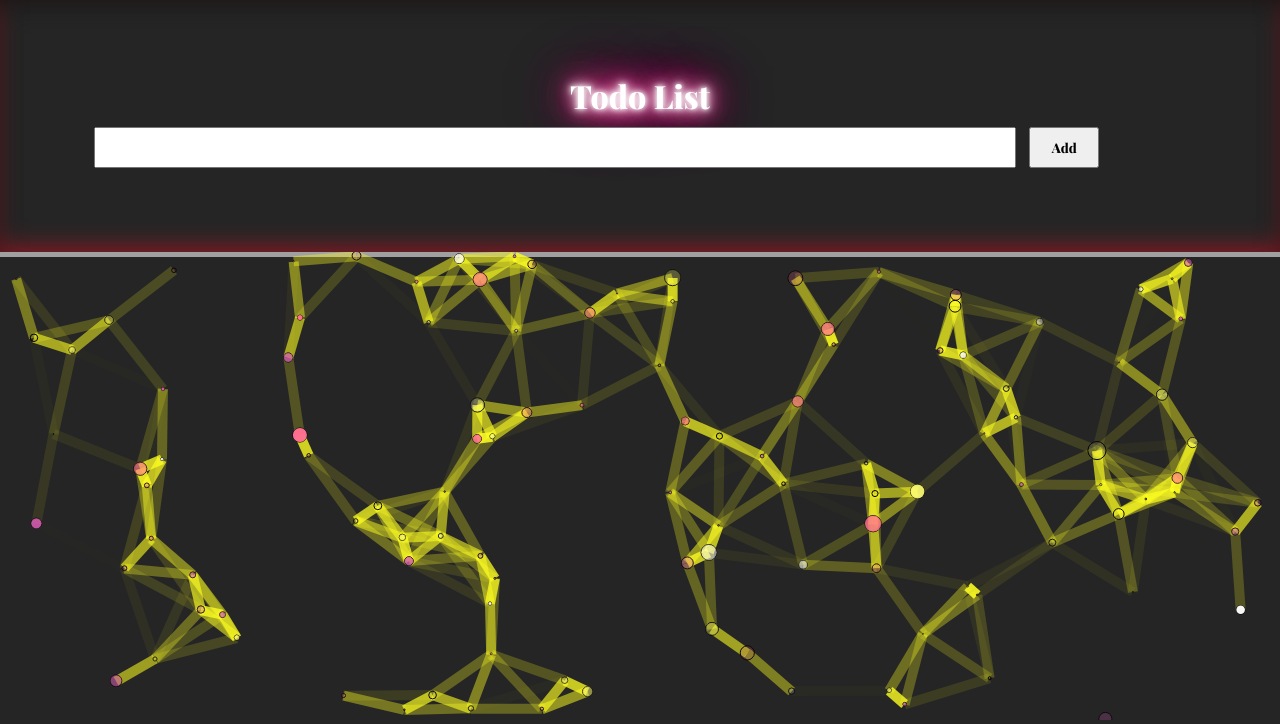
Repository: TENSAEA/----todo
Page: index.html
An editor plug-in stored every save of this project. The page is shown before and after the next save, followed by the edit.
The browser window is 1280 px wide. The pictures show the whole page.
Some web fonts or font styles are not loaded; a fallback is used.

Above is the page before, as saved 2023-10-12 22:31:51.

### index.html
<!DOCTYPE html>
<html lang="en">
  <head>
    <meta charset="UTF-8" />
    <meta name="viewport" content="width=device-width, initial-scale=1.0" />
    <title>TodoList</title>
    <link rel="stylesheet" href="style.css" />
  </head>
  <body>
    <div id="particle">
      <div class="container">
        <h1>Todo List</h1>
        <div class="header">
          <form class="form">
            <input type="text" id="add" />
            <label for="add"><button id="addBtn">Add</button></label>
          </form>
        </div>
        <div class="list-div">
          <!-- <div class="list-hide">
          <ul class="list">
            <li>
              <input class="list-text" type="text" id="edit" readonly />
              <label for="edit">
                <button class="edit">Edit</button
                ><button class="delete">Delete</button>
              </label>
            </li>
          </ul>
        </div> -->
        </div>
      </div>
    </div>
    <script src="particles.js"></script>
    <script src="https://cdn.jsdelivr.net/npm/particles.js@2.0.0/particles.min.js"></script>
    <script src="script.js"></script>
  </body>
</html>

### style.css
@import url('https://fonts.googleapis.com/css2?family=Bungee+Spice&family=Playfair+Display:wght@800&display=swap');

*{
   box-sizing:border-box;
   margin:0;
   padding:0;
   font-family: 'Bungee Spice', sans-serif;
font-family: 'Playfair Display', serif;}
body{
    background-color: #252525;
}

#particle{
    position: absolute;
      top: 0;
      left: 0;
      width: 100%;
      height: 65%;
      z-index: 2;

}

.container{
    -webkit-box-shadow: 0px 0px 0px 5px #A0A0A0, inset 0px 10px 27px -8px #141414, inset 0px -10px 27px -8px #A31925, 5px 5px 15px 5px rgba(0,0,0,0);
box-shadow: 0px 0px 0px 5px #A0A0A0, inset 0px 10px 27px -8px #141414, inset 0px -10px 27px -8px #A31925, 5px 5px 15px 5px rgba(0,0,0,0);
    display: flex;
    flex-direction: column;
    padding: 5%;
}

.container h1{
    padding:10px;
    text-align:center;
    color: #FFFFFF;
text-shadow: #FFF 0px 0px 5px, #FFF 0px 0px 10px, #FFF 0px 0px 15px, #FF2D95 0px 0px 20px, #FF2D95 0px 0px 30px, #FF2D95 0px 0px 40px, #FF2D95 0px 0px 50px, #FF2D95 0px 0px 75px;
color: #FFFFFF;


}

.header{
    padding-bottom: 20px;
}

#add{
    padding: 10px;
    width:80%;
    margin-left:30px;
}
.form label button{
    padding:10px;
    width:70px;
    margin-left:10px;
    cursor: pointer;
}

.list{
    padding-bottom: 20px;
}

.list li{
    list-style-type: none;
}

.list-div .list li .list-text{
    padding: 10px;
    width:60%;
    margin-left:60px;
}
.edit,.delete{
    padding:10px;
    width:70px;
    margin-left:10px;
    cursor: pointer;
}

@media (max-width:636px){
    .form label button{
        padding:10px;
        width:70px;
        margin:3% 40%;
        cursor: pointer;
    }
    .edit,.delete{
        padding:10px;
        width:70px;
        margin:2% 38%;
        cursor: pointer;
    }
    }

### particles.js
var config = {
  particles: {
    number: {
      value: 150,

      density: {
        enable: true,
        value_area: 786,
      },
    },
    color: {
      value: ["#ffffff", "#FF6F91", "#F9F871", "#D65DB1"],
    },
    shape: {
      type: "circle",
      stroke: {
        width: 1,
        color: "#000000",
      },
      polygon: {
        nb_sides: 12,
      },
      image: {
        src: "",
        width: 100,
        height: 100,
      },
    },
    opacity: {
      value: 1,
      random: true,
      anim: {
        enable: true,
        speed: 1,
        opacity_min: 0,
        sync: false,
      },
    },
    size: {
      value: 10,
      random: true,
      anim: {
        enable: true,
        speed: 3,
        size_min: 0.3,
        sync: false,
      },
    },
    line_linked: {
      enable: true,
      distance: 100,
      color: "#ff2",
      opacity: 1,
      width: 10,
    },
    move: {
      enable: true,
      speed: 1.3,
      direction: "top",
      random: true,
      straight: true,
      out_mode: "out",
      bounce: false,
      attract: {
        enable: true,
        rotateX: 2082.2488,
        rotateY: 3363.6328,
      },
    },
  },
  interactivity: {
    detect_on: "canvas",
    events: {
      onhover: {
        enable: true,
        mode: "grab",
      },
      onclick: {
        enable: true,
        mode: "repulse",
      },
      resize: true,
    },
    modes: {
      grab: {
        distance: 70,
        line_linked: {
          opacity: 0.5,
        },
      },
      bubble: {
        distance: 100,
        size: 5,
        duration: 8.598243,
        opacity: 0,
        speed: 3,
      },
      repulse: {
        distance: 150,
        duration: 0.8,
      },
      push: {
        particles_nb: 4,
      },
      remove: {
        particles_nb: 2,
      },
    },
  },
  retina_detect: true,
};

window.onload = function () {
  let clause = window.innerWidth < 768;
  config.particles.number.value = clause ? 80 : 150;
  particlesJS("particle", config);
};

### script.js
window.addEventListener("load", () => {
  let addInput = document.getElementById("add");
  let addBtn = document.getElementById("addBtn");

  addBtn.addEventListener("click", (e) => {
    e.preventDefault();
    console.log("clicked");
    let list = document.querySelector(".list-div");
    let ul = document.createElement("ul");
    ul.classList.add("list");
    let li = document.createElement("li");
    ul.appendChild(li);
    let input = document.createElement("input");
    input.classList.add("list-text");
    input.type = "text";
    input.id = "edit";
    input.setAttribute("readonly", "readonly");
    input.value = addInput.value;
    li.appendChild(input);

    let label = document.createElement("label");
    label.setAttribute("for", "edit");
    li.appendChild(label);
    let buttonOne = document.createElement("button");
    buttonOne.classList.add("edit");
    buttonOne.textContent = "Edit";
    label.appendChild(buttonOne);
    let buttonTwo = document.createElement("button");
    buttonTwo.classList.add("delete");
    buttonTwo.textContent = "Delete";
    label.appendChild(buttonTwo);

    let listHide = document.createElement("div");
    listHide.classList.add("list-hide");

    listHide.appendChild(ul);
    list.appendChild(listHide);

    buttonOne.addEventListener("click", () => {
      if (buttonOne.textContent.toLowerCase() == "edit") {
        input.removeAttribute("readonly");
        buttonOne.textContent = "Save";
        input.focus();
      } else {
        input.setAttribute("readonly", "readonly");
        buttonOne.textContent = "Edit";
      }
    });

    buttonTwo.addEventListener("click", () => {
      list.removeChild(listHide);
    });
  });
});

After the next save:
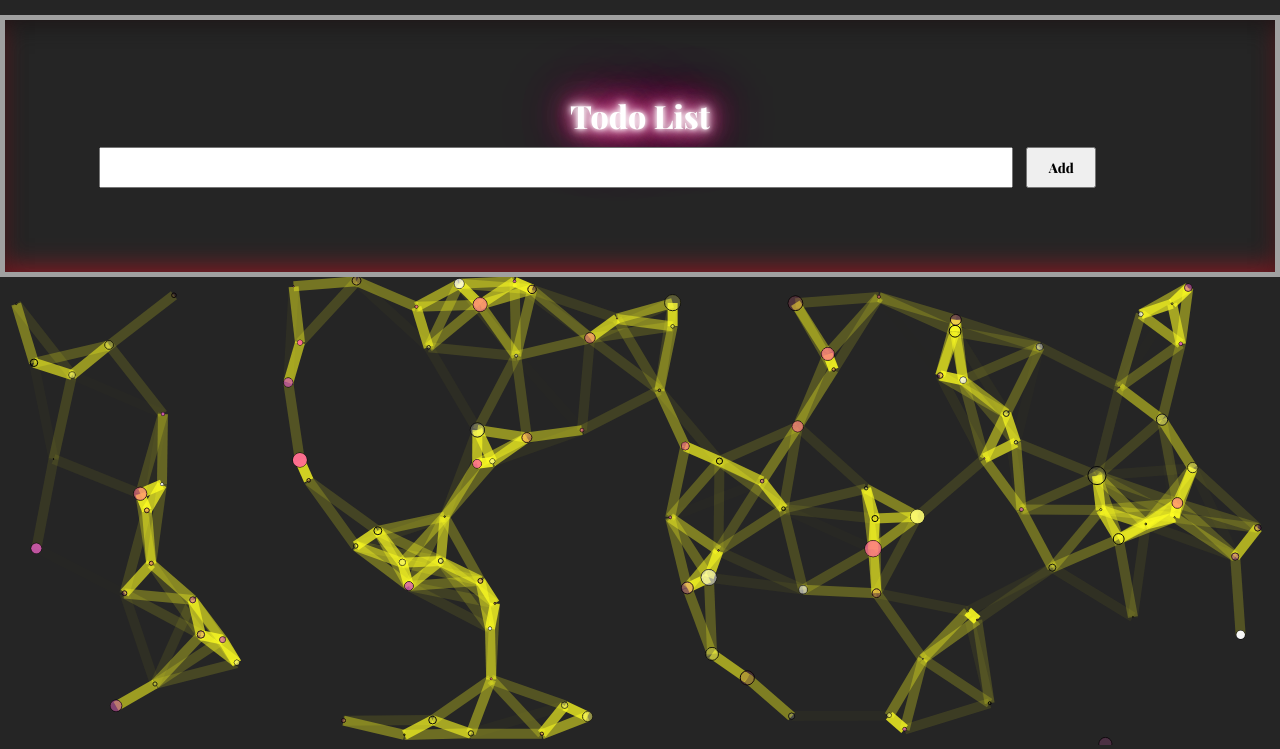
Saved 10 min 17 s later.
--- a/style.css
+++ b/style.css
@@ -26,6 +26,8 @@ box-shadow: 0px 0px 0px 5px #A0A0A0, inset 0px 10px 27px -8px #141414, inset 0px
     display: flex;
     flex-direction: column;
     padding: 5%;
+    margin:5px;
+    margin-top:20px;
 }
 
 .container h1{
